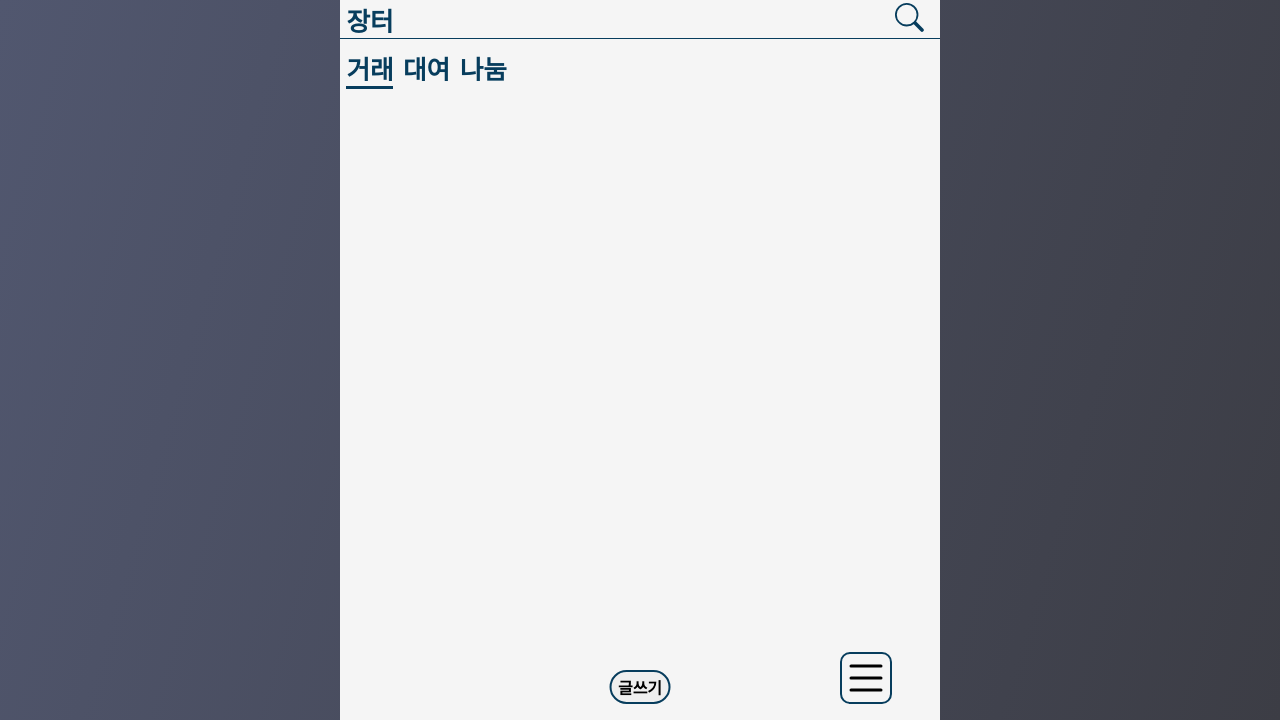
Repository: SeungYn/hanium
Page: /trade/trade
An editor plug-in stored every save of this project. The page is shown before and after the next save, followed by the edit.
The browser window is 1280 px wide. The pictures show the whole page.
The page's requests for data from a server got no answer. The project was rebuilt for these pictures with package versions that can differ from the ones it lists, and the page was loaded fresh each time. No one was signed in, and anything a server would have sent is missing. Also part of the build but not shown: src/App.css, src/components/Chat/ChatHeader/ChatHeader.module.css, src/components/Chat/ChatHeader/ChatHeader.jsx, src/components/Chat/ChatPeoples/ChatPeoples.jsx, src/components/Chat/ChatSideBar/ChatSideBar.module.css, src/components/Chat/ChatSideBar/ChatSideBar.jsx, src/components/ReadPopup/ReadPopup.module.css, src/components/ReadPopup/ReadPopup.jsx and 26 more.

Above is the page before, as saved 2022-11-21 17:49:20.

### src/index.css
:root {
  --color-darkBlue: #073d5d;
  --color-transparent-darkBlue: #073e5d6e;
  --color-darkBlue-lignt: #0a476b;
  --color-main: #42a5f5;
  --color-bg-dark: #f5f5f5;
  --color-bg: #fdfffd;
  --color-main: #073d5d;
  --color-font: #073d5d;
  --color-font-reverse: white;
  --color-accent: #073d5d;
  --color-font-accent: white;
  --color-error-bg: rgba(173, 173, 173, 0.401);
  --color-popup-bg: white;
  --color-white: white;
  --color-shadow: rgba(67, 67, 67, 0.401);
  --color-border: #0a476b;
  /* 사이즈 */
  --font-size-very-large: 1.8rem;
  --font-size-small-large: 1.6rem;
  --font-size-medium: 1.4rem;
  --font-size-small-medium: 1.2rem;
  --font-size-small: 1rem;
  --font-header-icon: 1.8rem;
  --font-icon-arrow: 5rem;
  --font-mobile-medium: 1rem;
  --img-slider-height: 30rem;

  /* 패딩 마진 사이즈 */
  --padding-side: 0.8rem;
  --padding-top-bottom: 0.6rem;
  --padding-bottom: 0.6rem;
  --margin-bottom: 0.6rem;
}

* {
  box-sizing: border-box;
}

html,
body {
  height: 100%;
  width: 100%;
  margin: 0;
  background: rgb(81, 87, 111);
  background: linear-gradient(
    106deg,
    rgba(81, 87, 111, 1) 0%,
    rgba(60, 61, 69, 1) 100%
  );
  accent-color: var(--color-accent);
}
a {
  text-decoration: none;
  color: var(--color-font);
}
ul {
  padding: 0;
  margin: 0;
  list-style: none;
}
#root {
  height: 100vh;
  width: 100%;
  max-width: 600px;
  background-color: var(--color-bg-dark);
  margin: auto;
  display: flex;
  flex-direction: column;

  position: relative;
  overflow: hidden;
}

button {
  cursor: pointer;
}
body {
  margin: 0;
  font-family: -apple-system, BlinkMacSystemFont, 'Segoe UI', 'Roboto', 'Oxygen',
    'Ubuntu', 'Cantarell', 'Fira Sans', 'Droid Sans', 'Helvetica Neue',
    sans-serif;
  -webkit-font-smoothing: antialiased;
  -moz-osx-font-smoothing: grayscale;
}

code {
  font-family: source-code-pro, Menlo, Monaco, Consolas, 'Courier New',
    monospace;
}

p {
  margin: 0;
}

h1,
h2,
h3,
h4 {
  margin: 0;
}

### src/context/AuthContext.jsx
import {
  createContext,
  createRef,
  useCallback,
  useContext,
  useEffect,
  useImperativeHandle,
  useMemo,
  useState,
} from 'react';
import ReadPopup from '../components/ReadPopup/ReadPopup';

import Login from '../pages/login/Login';

const AuthContext = createContext({});

const contextRef = createRef();

export function AuthProvider({
  authService,
  authErrorEventBus,
  children,
  tokenStorage,
}) {
  const [user, setUser] = useState(1);
  const [error, setError] = useState(null);

  const context = useMemo(
    () => ({ error, setError, user }),
    [user, error, setError]
  );

  const onLogin = async ({ loginId, password }) => {
    await authService
      .headerTokenLogin(loginId, password)
      .then((data) => {
        console.log(data);
        tokenStorage.saveUser({
          memberId: data.memberId,
          nickname: data.nickname,
        });
        setUser({ memberId: data.memberId, nickname: data.nickname });
        console.log(tokenStorage.getUser());
        return;
      })
      .catch((error) => {
        setError(error);
      });
  };

  const logout = useCallback(
    async () =>
      await authService.logout().then(() => {
        setUser(undefined);
      }),
    [authService]
  );

  useEffect(() => {
    authErrorEventBus.listen((err) => {
      setUser(undefined);
      authService.logout();
    });
  }, [authErrorEventBus]);

  useEffect(() => {
    if (tokenStorage.getUser()) {
      setUser({ ...tokenStorage.getUser() });

      //nav('/');
    }

    //setUser({ token: localStorage.getItem('TOKEN') });
  }, []);

  return (
    <AuthContext.Provider value={context}>
      {user ? (
        children
      ) : (
        <>
          {error && (
            <ReadPopup content={error} onHandler={setError} type={'error'} />
          )}
          <Login
            authService={authService}
            onLogin={onLogin}
            setError={setError}
          />
        </>
      )}
    </AuthContext.Provider>
  );
}

export class AuthErrorEventBus {
  listen(callback) {
    this.callback = callback;
  }
  notify(error) {
    this.callback(error);
  }
}

export default AuthContext;
export const fetchToken = () => contextRef.current;
export const useAuth = () => useContext(AuthContext);

### src/pages/firstPage/FirstPage.jsx
import React, { useEffect, useState } from 'react';
import { GroupCategory } from '../../components/GroupCategory/GroupCategory';
import { GroupMaker } from '../../components/GroupMaker/GroupMaker';
import { FaUserFriends, FaPen } from 'react-icons/fa';
import { FiPlayCircle } from 'react-icons/fi';
import Groups from '../../components/Groups/Groups';
import styles from './FirstPage.module.css';
import { useAuth } from '../../context/AuthContext';
import { useNavigate } from 'react-router-dom';
import TextBtn from '../../components/common/TextBtn/TextBtn';

const types = [
  { type: 'study', koName: '공부', icon: <FaPen /> },
  { type: 'hobby', koName: '취미', icon: <FiPlayCircle /> },
  { type: 'friend', koName: '친구', icon: <FaUserFriends /> },
];
export default function FirstPage({ groupService, groupDisplay }) {
  const [filterType, setFilterType] = useState(types[0]);
  const [makeActive, setMakeActive] = useState(false);
  const { error, setError } = useAuth();
  const [groups, setGroups] = useState([]);
  const navigate = useNavigate();

  const HandlerGroupMake = (clubName, maximumCount, clubType) => {
    console.log(clubName, maximumCount, clubType);
    groupService
      .makeGroup(clubName, maximumCount, clubType)
      .then((data) => {
        console.log(data);
      })
      .catch((e) => setError(e));
    setMakeActive(false);
  };

  const HandlerGroupJoin = (groupId) => {
    groupService
      .joinGroup(groupId)
      .then((data) => {
        console.log(data);
        navigate('/chat', { state: { data } });
      })
      .catch((e) => setError(e));
  };

  useEffect(() => {
    //내 그룹만 보여주기하면 조건 넣어서 내그룹만 보여주기
    groupService
      .getGroupByType(filterType.type)
      .then((data) => {
        console.log(data);
        setGroups([...data]);
      })
      .catch((error) => {
        console.log(error);
        setError(error);
      });
  }, [groupService, filterType, groupDisplay]);

  return (
    <>
      <GroupCategory
        type={filterType}
        types={types}
        onTypeChange={(filter) => setFilterType(filter)}
      />
      <Groups groups={groups} HandlerGroupJoin={HandlerGroupJoin} />
      <button
        className={styles.makerBtn}
        onClick={() => setMakeActive((t) => !t)}
      >
        그룹 만들기
      </button>
      <GroupMaker
        makeActive={makeActive}
        onMakeActiveHandler={() => setMakeActive((t) => !t)}
        onMakeGroupHandler={HandlerGroupMake}
        types={types}
      />
    </>
  );
}

### src/pages/Root.jsx
import React from 'react';
import { Outlet, useLocation } from 'react-router-dom';
import Header from '../components/Header/Header';
import Navbar from '../components/Navbar/Navbar';
import ReadPopup from '../components/ReadPopup/ReadPopup';
import TradeCategory from '../components/Trade/TradeCategory/TradeCategory';
import { useAuth } from '../context/AuthContext';

export default function Root({ routes }) {
  const location = useLocation();
  console.log(location.pathname);
  let { name } = routes.find((r) => r.path === location.pathname) ?? {
    name: 'detail',
  };

  // name = location.pathname.includes('detail') ? 'detail' : name;
  // console.log(name !== 'detail');
  const { nodeRef } = routes.find((r) => r.path === location.pathname) ?? {};
  const { error, setError } = useAuth();

  return (
    <>
      {error && (
        <ReadPopup content={error} onHandler={setError} type={'error'} />
      )}
      {!['채팅', '그룹검색', 'detail', '장터검색'].includes(name) && (
        <Header name={name} />
      )}

      {/* {name === '장터' && <TradeCategory />} */}
      <Outlet />
      {!['채팅', 'detail', '장터검색'].includes(name) && <Navbar />}
    </>
  );
}

### src/pages/TradePage/TradePage.jsx
import { DataArrayTwoTone } from '@mui/icons-material';
import React, { useState } from 'react';
import { useEffect } from 'react';
import { useLocation, useNavigate, useParams } from 'react-router-dom';
import TradeCategory from '../../components/Trade/TradeCategory/TradeCategory';
import TradeItem from '../../components/Trade/TradeItem/TradeItem';
import { TradeMaker } from '../../components/Trade/TradeMaker/TradeMaker';
import UpPageToggleBtn from '../../components/UpPageToggleBtn/UpPageToggleBtn';
import { useAuth } from '../../context/AuthContext';
import styles from './TradePage.module.css';

export default function TradePage({ tradeService, type }) {
  const [makeActive, setMakeActive] = useState(false);
  const { error, setError } = useAuth();
  const [loading, setLoading] = useState(false);
  const [tradeItem, setTradeItem] = useState([]);
  const navigate = useNavigate();
  const HandleMoveToDetailpageById = (itemId) => {
    return navigate(`/trade/detail/${itemId}`);
  };

  const HandlePost = (form) => {
    console.log(form);
    tradeService
      .postItem(form)
      .then((data) => console.log(data))
      .catch((e) => console.log(e));
  };

  useEffect(() => {
    console.log(type);

    //타입으로 목록가져오기
    tradeService.getItemListByType(type).then((data) => {
      console.log(data);
      setTradeItem([...data]);
    });
  }, [tradeService, type]);

  return (
    <>
      <main className={styles.body}>
        <TradeCategory />
        <ul className={styles.items}>
          {tradeItem &&
            tradeItem.map((item) => (
              <TradeItem
                key={item.id}
                HandleMoveToDetailpageById={HandleMoveToDetailpageById}
                item={item}
              />
            ))}
        </ul>
        <UpPageToggleBtn
          name={'글쓰기'}
          HandleClick={() => setMakeActive((t) => !t)}
        />
      </main>
      <TradeMaker
        makeActive={makeActive}
        onMakeActiveHandler={() => setMakeActive((t) => !t)}
        HandlePost={HandlePost}
      />
    </>
  );
}

### src/components/common/TextBtn/TextBtn.jsx
import React from 'react';
import styles from './TextBtn.module.css';

export default function TextBtn({ text, handleClick }) {
  return (
    <button className={styles.btn} onClick={handleClick}>
      {text}
    </button>
  );
}

### src/components/Header/Header.jsx
import React from 'react';
import styles from './Header.module.css';
import { BsSearch } from 'react-icons/bs';
import IconBtn from '../common/IconBtn/IconBtn';
import { useNavigate } from 'react-router-dom';

export default function Header({ name }) {
  const navigate = useNavigate();

  const handleNavigate = (name) => {
    switch (name) {
      case '그룹':
        return navigate('/searchGroup');
      case '장터':
        return navigate('/trade/search');
      default:
        return;
    }
  };
  return (
    <header className={styles.header}>
      <h3 className={styles.title}>{name}</h3>
      <IconBtn handleClick={() => handleNavigate(name)}>
        <BsSearch />
      </IconBtn>
    </header>
  );
}

### src/components/Navbar/Navbar.jsx
import React, { useRef, useState } from 'react';
import { NavLink } from 'react-router-dom';
import styles from './Navbar.module.css';
import { AiOutlineHome } from 'react-icons/ai';
import { BsList, BsPerson } from 'react-icons/bs';
import { IoChatbubbleOutline } from 'react-icons/io5';
import { IconContext } from 'react-icons';

const contents = [
  { path: '/main', name: '홈', iconComponent: <AiOutlineHome /> },
  { path: '/group', name: '그룹', iconComponent: <BsList /> },
  { path: '/myGroup', name: '내 그룹', iconComponent: <BsList /> },
  { path: '/trade/trade', name: '장터', iconComponent: <BsList /> },
  { path: '/myInfo', name: '내 정보', iconComponent: <BsPerson /> },
];

export default function Navbar() {
  //버튼 클릭시 넷바 위로 나타내기
  const navMenuRef = useRef();
  const btnRef = useRef();
  const [navToggle, setNavToggle] = useState(false);

  const handleBtn = (e) => {
    setNavToggle((t) => {
      if (t) btnRef.current.style.transform = 'rotate(0deg)';
      else btnRef.current.style.transform = 'rotate(30deg)';

      return !t;
    });
  };

  return (
    <nav className={styles.nav}>
      <IconContext.Provider value={{ className: styles.reactIcon }}>
        <div
          ref={navMenuRef}
          className={`${styles.navMenu} ${
            navToggle ? styles.navAppear : styles.navDisappear
          }`}
        >
          {contents.map(({ path, name, iconComponent }) => (
            <NavLink
              key={path}
              to={path}
              className={({ isActive }) =>
                isActive
                  ? `${styles.active} ${styles.link}`
                  : `${styles.unactive} ${styles.link}`
              }
            >
              {iconComponent}
              <span className={styles.text}>{name}</span>
            </NavLink>
          ))}
        </div>
      </IconContext.Provider>
      <button ref={btnRef} className={styles.btn} onClick={handleBtn}>
        <BsList />
      </button>
    </nav>
  );
}

### src/components/Trade/TradeCategory/TradeCategory.jsx
import React from 'react';
import { NavLink, useNavigate } from 'react-router-dom';
import { tradeCategory } from '../../../meta/trade/tradeMetaData';
import styles from './TradeCategory.module.css';

export default function TradeCategory() {
  const navigate = useNavigate();
  return (
    <nav className={styles.categories}>
      {tradeCategory.map((item, i) => (
        <NavLink
          key={i}
          to={`/trade/${item.typeEn}`}
          className={({ isActive }) =>
            isActive
              ? `${styles.active} ${styles.category}`
              : `${styles.unactive} ${styles.category}`
          }
        >
          {item.typeKo}
        </NavLink>
      ))}
    </nav>
  );
}

### src/components/UpPageToggleBtn/UpPageToggleBtn.jsx
import React from 'react';
import styles from './UpPageToggleBtn.module.css';

export default function UpPageToggleBtn({ name, HandleClick }) {
  return (
    <button className={styles.makerBtn} onClick={() => HandleClick()}>
      {name}
    </button>
  );
}

### src/pages/TradePage/TradePage.module.css
.body {
  height: 100%;
  position: relative;
  overflow: hidden;
}

.makerBtn {
  position: absolute;
  bottom: 1rem;
  left: 50%;
  transform: translateX(-50%);
  padding: 0.2rem 0.4rem;
  font-size: var(--font-size-small);
  font-weight: bold;
}

.items {
  height: 100%;
  overflow-y: auto;
  display: flex;
  flex-direction: column;
}

### src/components/common/IconBtn/IconBtn.jsx
import React from 'react';
import { IconContext } from 'react-icons';
import styles from './IconBtn.module.css';

export default function IconBtn({ children, handleClick }) {
  return (
    <button className={styles.btn} onClick={handleClick}>
      <IconContext.Provider value={{ className: styles.icon }}>
        {children}
      </IconContext.Provider>
    </button>
  );
}

### src/components/common/TextBtn/TextBtn.module.css
.btn {
  outline: none;
  padding: 0.2rem 0.6rem;
  background-color: transparent;
  border: none;
  cursor: pointer;
  color: var(--color-darkBlue);
  font-size: var(--font-size-medium);
  border: 2px solid var(--color-darkBlue);
  border-radius: 20px;
  font-weight: 600;
}

### src/components/Header/Header.module.css
.header {
  display: flex;
  justify-content: space-between;
  background-color: transparent;
  padding: 0 0.4rem;
  align-items: center;
  border-bottom: 1px solid var(--color-darkBlue);
  margin-bottom: var(--margin-bottom);
}

.title {
  margin: 0;
  font-size: var(--font-size-small-large);
  color: var(--color-darkBlue);
}

.searchBtn {
  border: none;
}

.searchBtn:hover {
  border: none;
  color: none;
  background-color: none;
}

.searchBtn:hover {
}

.icon {
  font-size: var(--font-size-small-large);
}

### src/components/Navbar/Navbar.module.css
.nav {
  position: absolute;
  bottom: 1rem;
  right: 1rem;
  font-size: var(--font-size-medium);
  text-align: center;
  display: flex;
  flex-direction: column;
  justify-content: end;

  align-items: center;
  height: 50%;
}

.link {
  display: flex;
  align-items: center;
}

.link:hover {
  color: var(--color-font-accent);
  background-color: var(--color-accent);
}

.active {
  color: var(--color-font-accent);
  background-color: var(--color-accent);
}

.unactive {
  color: var(--font-accent);
  background-color: var(--color-bg);
}

.navMenu {
  /* opacity: 0;
  pointer-events: none;
  transition: all 0.1s ease-out; */

  transition: height 0.3s ease-in;
  overflow: hidden;
  height: 0%;
  display: flex;
  flex-direction: column;
  justify-content: end;
}

.navAppear {
  height: 100%;
}

.navDisappear {
  height: 0%;
}

.reactIcon {
  font-size: 4rem;
}

.btn {
  padding: 0;
  transition: all 0.1s ease-in;
  font-size: 3rem;
  display: flex;
  align-items: center;
  background: none;
  outline: none;
  border: 2px solid var(--color-main);
  border-radius: 10px;
}
.text {
  display: block;
  font-weight: bold;
  text-align: left;
}

/* @keyframes listUp {
  0% {
    height: 0%;
  }
  50% {
    height: 50%;
  }
  100% {
    height: 100%;
  }
} */

@media screen and (max-height: 800px) {
  .reactIcon {
    font-size: 3rem;
  }
}

### src/components/Trade/TradeCategory/TradeCategory.module.css
.categories {
  display: flex;
  padding: 0 0.4rem;
  padding-bottom: var(--padding-bottom);
}

.category {
  font-size: var(--font-size-small-large);
  cursor: pointer;
  font-weight: bold;
  color: var(--color-darkBlue);
}

.category:not(:first-child) {
  margin-left: 0.6rem;
}

.active {
  border-bottom: 3px solid var(--color-main);
}

### src/components/Trade/TradeMaker/TradeMaker.module.css
.container {
  position: absolute;
  width: 100%;
  height: 100%;
  top: 100%;
  opacity: 0;
  transition: all 0.3s ease-in;
  background-color: var(--color-bg);
  display: flex;
  flex-direction: column;
  z-index: 1000;
  overflow-y: auto;
}

header {
  position: sticky;
  top: 0;
  display: flex;
  justify-content: space-between;
  padding: 0.4rem 0.6rem;
  align-items: center;
  border-bottom: 1px solid var(--color-darkBlue);
  background-color: var(--color-bg);
}

.htitle {
  color: var(--color-darkBlue);
  font-size: var(--font-size-small-large);
}

.checkBox {
  font-size: var(--font-size-medium);
  display: flex;
  padding: 0.6rem 0.6rem;
  width: 100%;
}

.checkBox label {
  font-size: 1.4rem;
  margin-right: 0.8rem;
  display: flex;
  align-items: center;
  cursor: pointer;
}

input[type='radio'] {
  margin: 0;
}

.form {
  height: 100%;
  display: flex;
  flex-direction: column;
}

.title {
  border: none;
  outline: none;
  font-size: var(--font-size-small-large);
  padding: 0.8rem 0.6rem;
  border-bottom: 1px solid var(--color-border);
}

.textarea {
  font-size: var(--font-size-medium);
  max-height: 40%;
  border: none;
  outline: none;
  padding: 0.8rem 0.6rem;
  overflow: auto;
}

.prevImgs {
  display: flex;
  flex-wrap: wrap;
  gap: 1rem;
  justify-content: center;
}

.prevImg {
  flex: 0 0 45%;
  height: 15rem;
  border: 1px solid var(--color-border);
  border-radius: 2rem;
  overflow: hidden;
  position: relative;
  box-shadow: 15px 17px 30px -22px rgba(0, 0, 0, 0.67);
  -webkit-box-shadow: 15px 17px 30px -22px rgba(0, 0, 0, 0.67);
  -moz-box-shadow: 15px 17px 30px -22px rgba(0, 0, 0, 0.67);
}

.imgDelete {
  position: absolute;

  display: block;
  width: 100%;
  background-color: var(--color-bg);
  text-align: right;
  padding: 0 2rem;
}

.Img {
  width: 100%;
  height: 100%;
}

.fileBtn {
  display: none;
}

.appear {
  top: 0%;
  opacity: 1;
}

.disappear {
  top: 100%;
  opacity: 0;
}

footer {
  position: sticky;
  bottom: 0;
  background-color: var(--color-bg);
  display: flex;
  align-items: center;
  padding: 0 var(--padding-side);
  border-top: 1px solid var(--color-main);
}

.icon {
  font-size: var(--font-size-very-large);
  cursor: pointer;
  color: var(--color-main);
}

### src/components/UpPageToggleBtn/UpPageToggleBtn.module.css
.makerBtn {
  position: absolute;
  bottom: 1rem;
  left: 50%;
  transform: translateX(-50%);
  padding: 0.2rem 0.4rem;
  font-size: var(--font-size-small);
  font-weight: bold;
  border: 2px solid var(--color-main);
  border-radius: 20px;
}

### src/components/common/IconBtn/IconBtn.module.css
.btn {
  border: none;
  outline: none;
  outline: none;
  padding: 0.2rem 0.6rem;
  background-color: transparent;
  border: none;
  cursor: pointer;
  color: var(--color-darkBlue);
}

.btn:hover {
  color: var(--color-darkBlue);
  background-color: transparent;
}

.icon {
  font-size: var(--font-size-very-large);
  font-weight: 600;
}

Loaded but not shown: public/index.html (common file); src/service/auth.js (168 lines, source omitted); src/App.js (129 lines, source omitted); src/service/group.js (100 lines, source omitted); src/service/chat.js (84 lines, source omitted); src/network/StompDI.js (80 lines, source omitted); src/network/http.js (67 lines, source omitted); src/service/trade.js (70 lines, source omitted); src/index.js (39 lines, source omitted); src/db/token.js (32 lines, source omitted); src/meta/trade/tradeMetaData.js (5 lines, source omitted); src/components/Trade/TradeMaker/TradeMaker.jsx (198 lines, source omitted); src/components/Chat/ChatPeoples/ChatPeoples.module.css (no stored copy; drawn as an empty file)

After the next save:
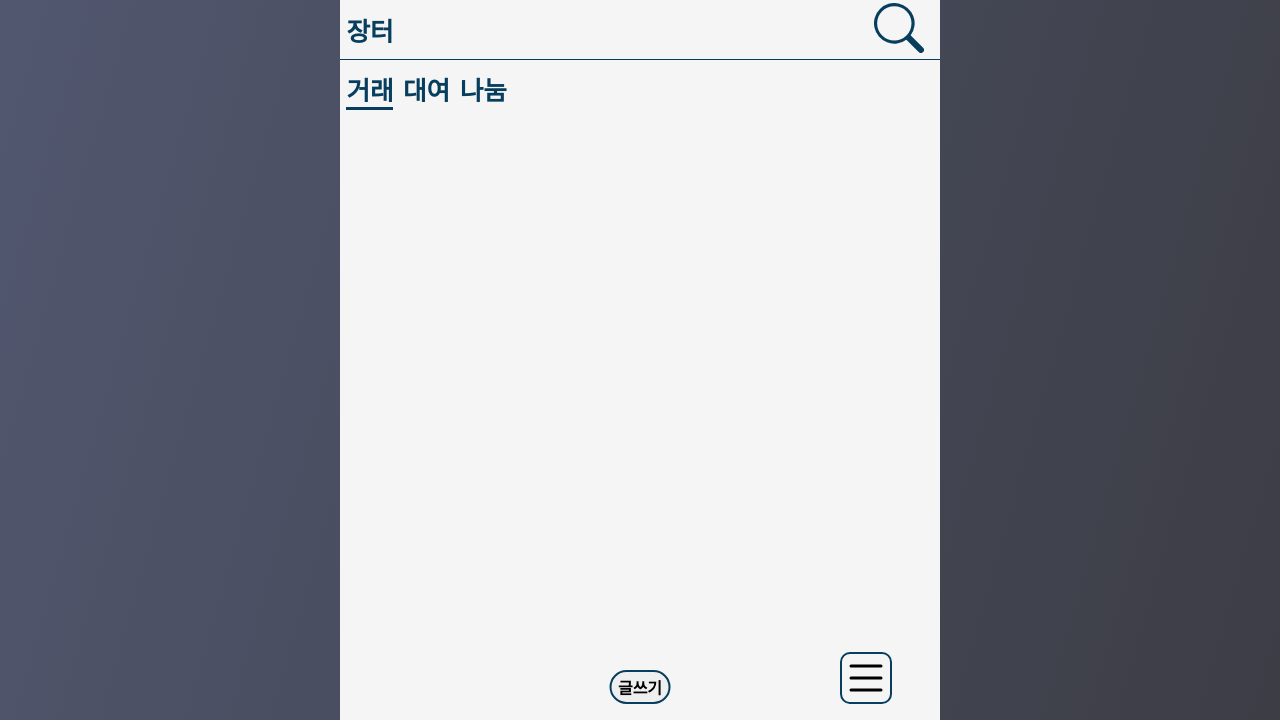
Saved 23 s later.
--- a/src/components/common/IconBtn/IconBtn.module.css
+++ b/src/components/common/IconBtn/IconBtn.module.css
@@ -15,6 +15,6 @@
 }
 
 .icon {
-  font-size: var(--font-size-very-large);
+  font-size: 50px;
   font-weight: 600;
 }

After the save that followed:
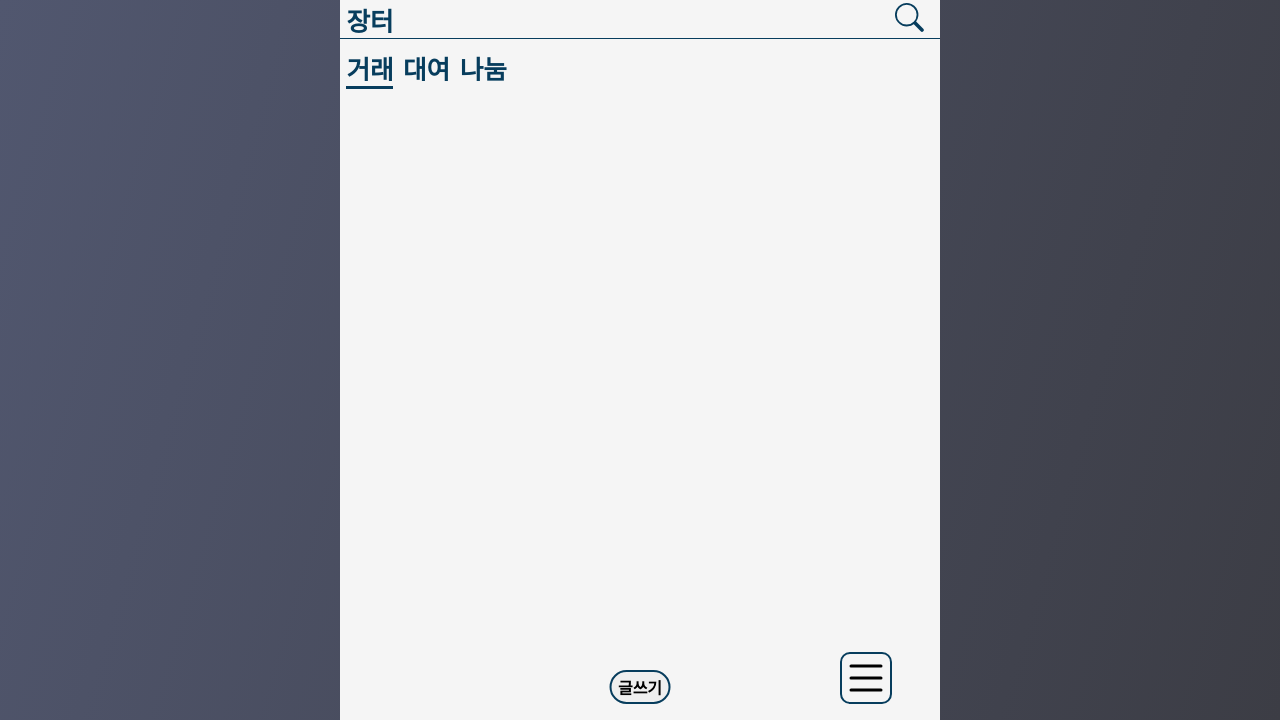
Saved 11 s later.
--- a/src/components/common/IconBtn/IconBtn.module.css
+++ b/src/components/common/IconBtn/IconBtn.module.css
@@ -15,6 +15,6 @@
 }
 
 .icon {
-  font-size: 50px;
+  font-size: var(--font-size-very-large);
   font-weight: 600;
 }
